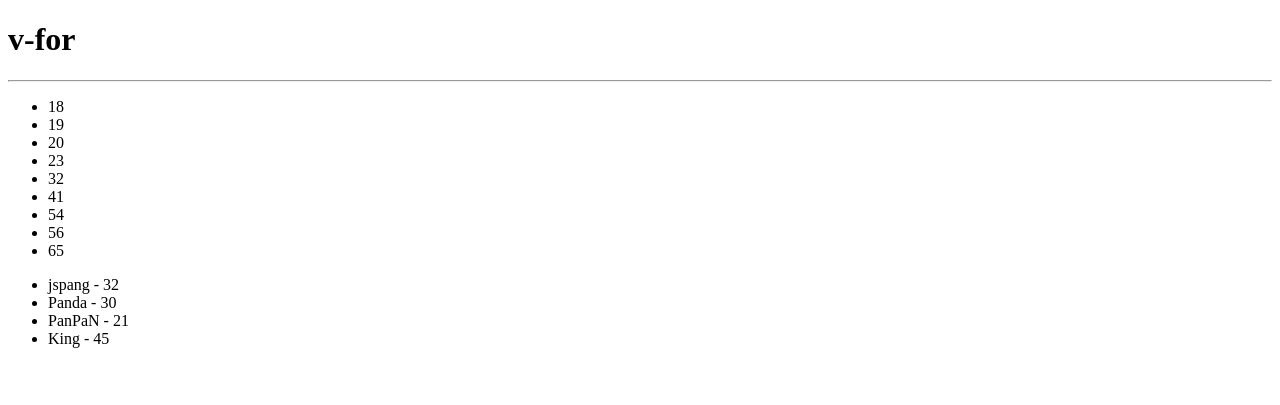
Repository: 13982720426/vue2.0-LearningNotes
Page: example/v-for.html
These files come from the project's save history. The page is drawn as it stood at one moment and after the next save; the edit follows.
The browser window is 1280 px wide. The pictures show the whole page.

Above is the page before, as saved 2021-06-17 15:55:13.

After the next save:
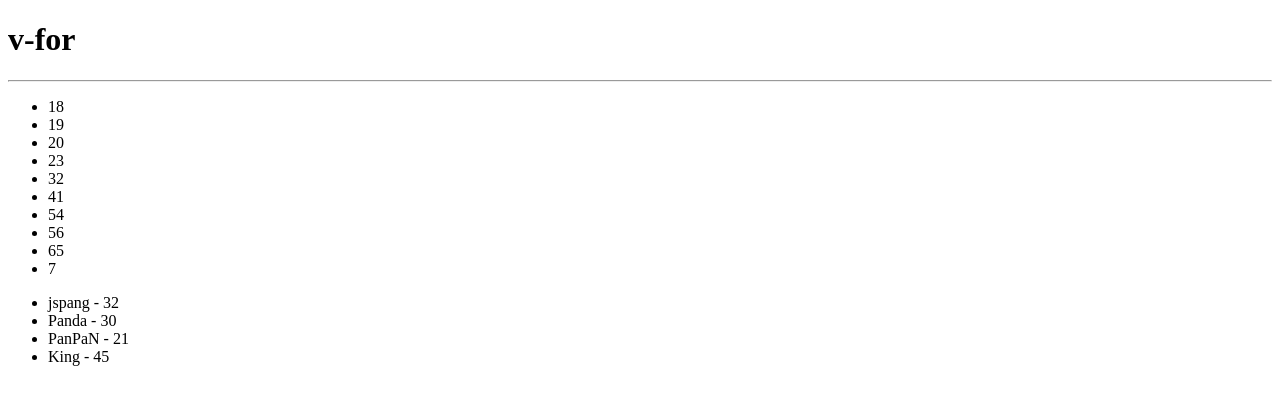
Saved 14 s later.
--- a/example/v-for.html
+++ b/example/v-for.html
@@ -22,7 +22,7 @@
       var app = new Vue({
         el: '#app',
         data: {
-          items: [20, 23, 18, 65, 32, 19, 54, 56, 41],
+          items: [20, 23, 7, 18, 65, 32, 19, 54, 56, 41],
           students: [
             { name: 'jspang', age: 32 },
             { name: 'Panda', age: 30 },
